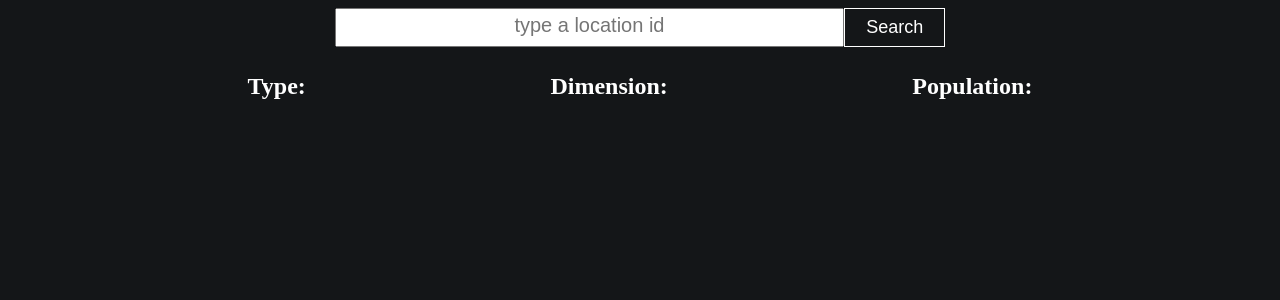
Repository: RobertAries28/ApiRickyMortin
Page: /
These files come from the project's save history. The page is drawn as it stood at one moment and after the next save; the edit follows.
The browser window is 1280 px wide. The pictures show the whole page.
The page's requests for data from a server got no answer. The project was rebuilt for these pictures with package versions that can differ from the ones it lists, and the page was loaded fresh each time. No one was signed in, and anything a server would have sent is missing. Also part of the build but not shown: src/ResidentInfo.js.

Above is the page before, as saved 2022-04-29 09:58:11.

### src/index.css

body{
  background: #141618;
  color: white;
}

.information h1{
  font-weight: bold;
}

.information span{
  font-weight: 300;
}

.information_data{
  display: flex;
  justify-content: space-evenly;
}

.personaje{
  display: flex;
  justify-content: space-evenly;

  margin: 30px;
  background: #53575A;
  text-align: left;
}

.personaje img{
  flex-shrink: 0;
  flex-grow: 0;
}

.personaje .status span{
  font-size: 50px;
 color: red;
}

.personaje li{
 margin: 0px;
  font-size: 30px;
  font-weight: bolder;
}



.personaje h1,h2{
  margin: 5px;
}

.personaje span{

  font-size: 20px;

}

.personaje_information{
  display: flex;
  flex-direction: column;
  justify-content: space-evenly;
  margin: 0 10px;
  flex-shrink: 1;
  flex-grow: 0;
}

.personajeList{
  display: flex;
  flex-wrap: wrap;
  justify-content: space-evenly;
}

.searchBox{
  display: flex;
  justify-content: center;
}

.searchBox input{
  width: 40%;
  padding: 10px 0;
}

input::-webkit-input-placeholder{
  text-align: center;
  font-size: 20px;
}

.searchBox button{
  width: 8%;
  background: #141618;
  color: white;
  font-size: 18px;
  border: 1px solid white;
}

### src/App.js

import './App.css';
import Locationinfo from './LocationInfo';

const App=() =>{
  return (
    <div className="App">
      <Locationinfo/>
    </div>
  );
}

export default App;

### src/LocationInfo.js
import axios from 'axios';
import React, { useEffect, useState } from 'react';
import './index.css';
import Residentslist from './ResidentsList';
import Searchbox from './SearchBox';

const Locationinfo = () => {
     const [information,setInformation]= useState({})
    useEffect(()=>{
        const random= Math.floor(Math.random()*126)+1;
        axios.get(`https://rickandmortyapi.com/api/location/${random}`)
         .then(res=> setInformation(res.data));

    },[])

    console.log(information)
    return (
        <div className='information'>
            <Searchbox setInformation={setInformation}/>
            <h1>{information.name}</h1>
            <div className='information_data'>
            <h2>Type: <span>{information.type}</span></h2>
            <h2>Dimension: <span>{information.dimension}</span></h2>
            <h2>Population: <span>{information.residents?.length}</span></h2>
            </div>
            <Residentslist urls={information?.residents}/>
        </div>
    );
}

export default Locationinfo;

### src/ResidentsList.js
import React from 'react';
import Residentinfo from './ResidentInfo';
import './index.css';

const Residentslist = ({urls}) => {
    return (
        <div className='personajeList'>
            {
                urls?.map(url=>(
                    <Residentinfo information={url} key={url}/>
                ))
            }
        </div>
    );
}

export default Residentslist;

### src/SearchBox.js
import axios from 'axios';
import React, { useState } from 'react';
import './index.css';

const Searchbox = ({setInformation}) => {
    const [ typeId, setTypeId]= useState("")

    const searchType=()=>{
    axios.get(`https://rickandmortyapi.com/api/location/${typeId}/`)
       .then(res=> setInformation(res.data))
    }

    return (
        <div className='searchBox'>
              <input
                type="text"
                onChange={e=> setTypeId(e.target.value)}
                value={typeId}
                placeholder="type a location id"
            />

            <button onClick={searchType}>
                Search
            </button>
        </div>
    );
}

export default Searchbox;

Loaded but not shown: public/index.html (common file); src/index.js (common file); src/App.css (common file)

After the next save:
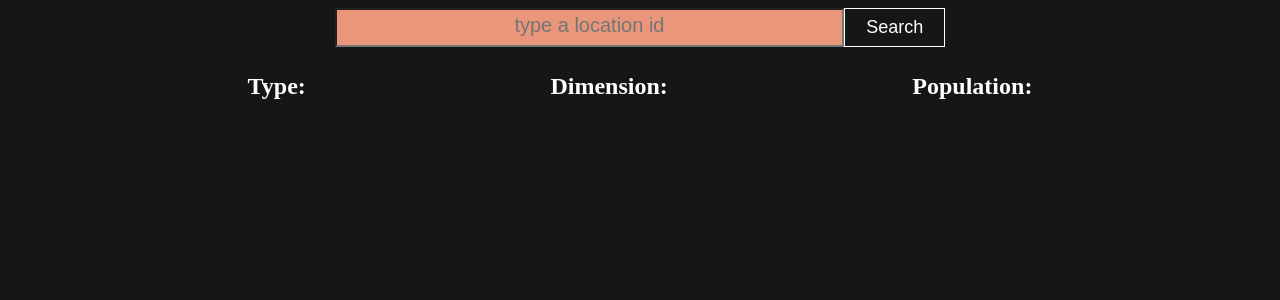
Saved 92 s later.
--- a/src/index.css
+++ b/src/index.css
@@ -77,6 +77,7 @@ body{
 .searchBox input{
   width: 40%;
   padding: 10px 0;
+  background: #e9967a;
 }
 
 input::-webkit-input-placeholder{
